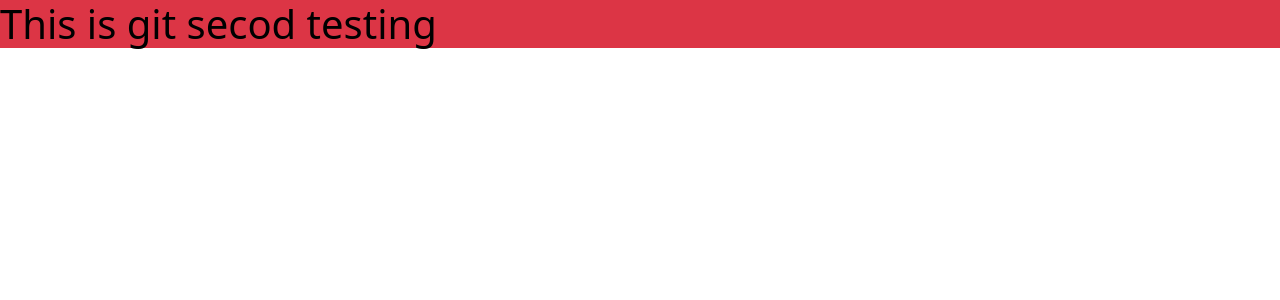
Repository: Sitnyein/sanji
Page: index1.html
An editor plug-in stored every save of this project. The page is shown before and after the next save, followed by the edit.
The browser window is 1280 px wide. The pictures show the whole page.

Above is the page before, as saved 2023-05-24 03:43:29.

After the next save:
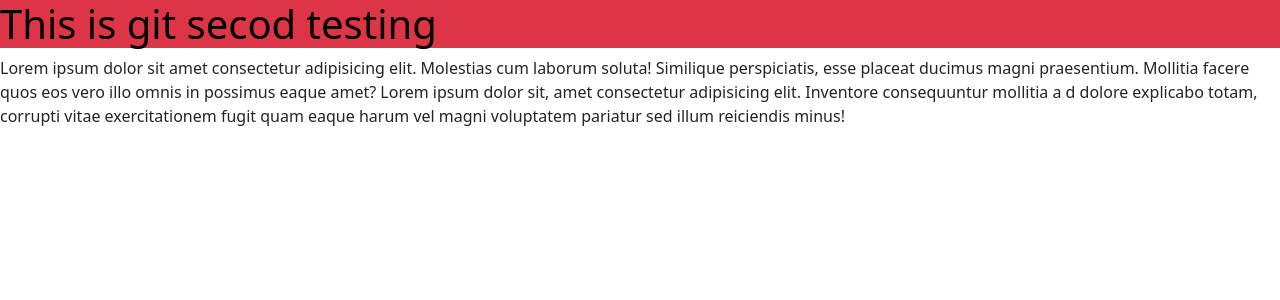
Saved 12 min 34 s later.
--- a/index1.html
+++ b/index1.html
@@ -11,5 +11,12 @@
     <!-- header start  -->
     <h1 class=" text-black bg-danger">This is git secod  testing</h1>
     <!-- header end  -->
+    <header>
+        Lorem ipsum dolor sit amet consectetur adipisicing elit. Molestias cum laborum soluta! Similique perspiciatis, esse placeat ducimus magni praesentium.
+         Mollitia facere quos eos vero illo omnis in possimus eaque amet?
+        Lorem ipsum dolor sit, amet consectetur adipisicing elit. Inventore consequuntur mollitia a
+        d dolore explicabo totam, corrupti vitae exercitationem fugit quam eaque harum vel magni voluptatem pariatur
+         sed illum reiciendis minus!
+    </header>
 </body>
 </html>
